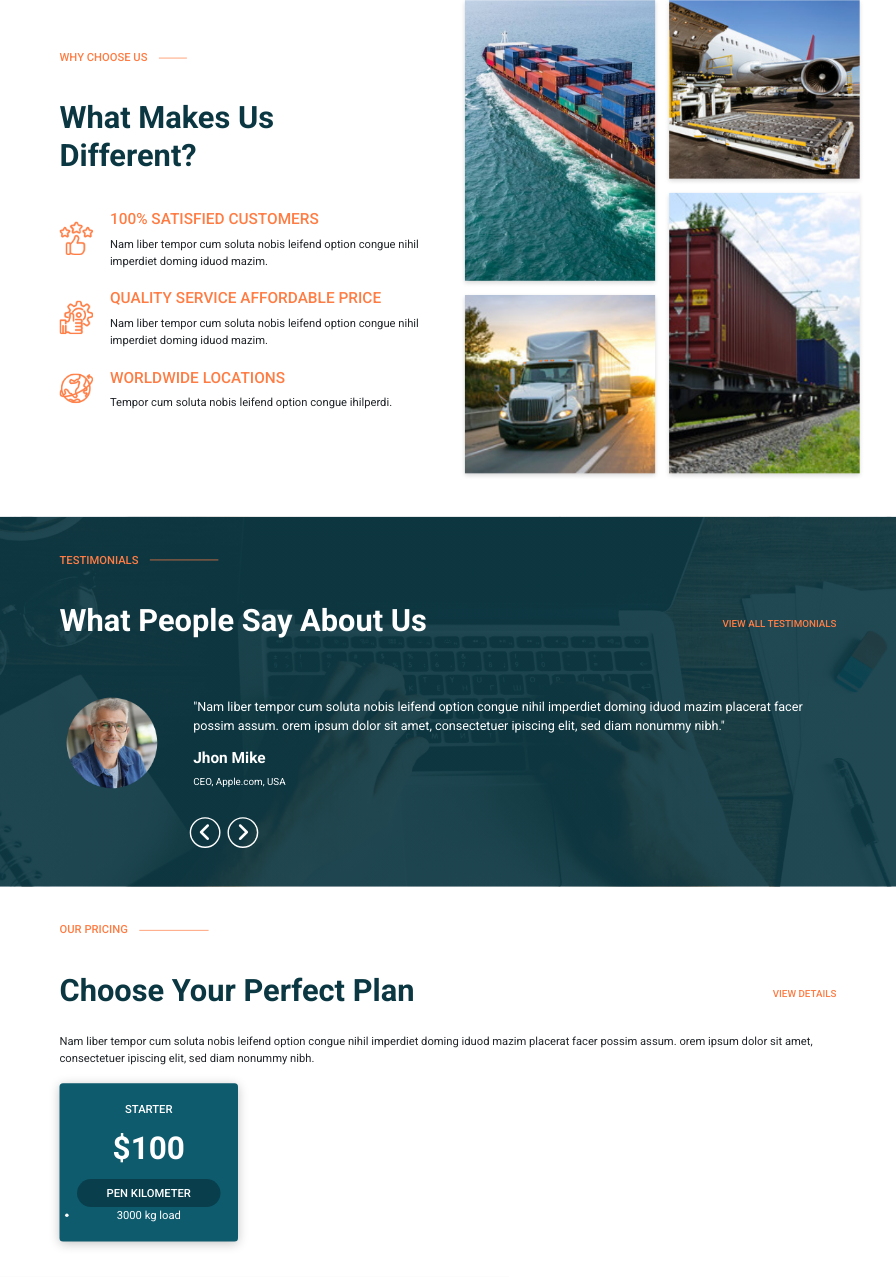
Repository: nazmulalok/shipping-theme
Page: index.html
An editor plug-in stored every save of this project. The page is shown before and after the next save, followed by the edit.
The browser window is 1280 px wide. The pictures show the part of the page from y = 2468 to 4388 px (the page is 4292 px tall before and 4388 px after), at 70% of full size.
Some web libraries are served in a nearby version.

Above is the page before, as saved 2022-10-09 15:36:41.

### index.html
<!DOCTYPE html>
<html lang="en">

    <head>
        <meta charset="UTF-8">
        <meta http-equiv="X-UA-Compatible" content="IE=edge">
        <meta name="viewport" content="width=device-width, initial-scale=1.0">
        <link rel="preconnect" href="https://fonts.googleapis.com">
        <link rel="preconnect" href="https://fonts.gstatic.com" crossorigin>
        <link
            href="https://fonts.googleapis.com/css2?family=Roboto:ital,wght@0,300;0,400;0,500;0,700;0,900;1,300;1,400;1,500;1,700;1,900&display=swap"
            rel="stylesheet">
        <link rel="stylesheet"
            href="https://cdnjs.cloudflare.com/ajax/libs/OwlCarousel2/2.3.4/assets/owl.carousel.min.css"
            integrity="sha512-tS3S5qG0BlhnQROyJXvNjeEM4UpMXHrQfTGmbQ1gKmelCxlSEBUaxhRBj/EFTzpbP4RVSrpEikbmdJobCvhE3g=="
            crossorigin="anonymous" referrerpolicy="no-referrer" />
        <link rel="stylesheet"
            href="https://cdnjs.cloudflare.com/ajax/libs/OwlCarousel2/2.3.4/assets/owl.theme.default.min.css"
            integrity="sha512-sMXtMNL1zRzolHYKEujM2AqCLUR9F2C4/05cdbxjjLSRvMQIciEPCQZo++nk7go3BtSuK9kfa/s+a4f4i5pLkw=="
            crossorigin="anonymous" referrerpolicy="no-referrer" />
        <link rel="stylesheet" href="https://cdnjs.cloudflare.com/ajax/libs/font-awesome/6.2.0/css/all.min.css"
            integrity="sha512-xh6O/CkQoPOWDdYTDqeRdPCVd1SpvCA9XXcUnZS2FmJNp1coAFzvtCN9BmamE+4aHK8yyUHUSCcJHgXloTyT2A=="
            crossorigin="anonymous" referrerpolicy="no-referrer" />
        <link rel="stylesheet" href="https://cdn.jsdelivr.net/npm/bootstrap@4.0.0/dist/css/bootstrap.min.css"
            integrity="sha384-Gn5384xqQ1aoWXA+058RXPxPg6fy4IWvTNh0E263XmFcJlSAwiGgFAW/dAiS6JXm" crossorigin="anonymous">
        <link rel="stylesheet" href="style.css">
        <title>Document</title>
    </head>

    <body>
        <header class="header-top">
            <div class="container">
                <div class="top-bar">
                    <p class="m-0">Dolor sit amet, consetetur sadipscing elitr sed diam</p>
                    <div>
                        <span class="mr-4">Shipment Tracker</span>
                        <span>Login</span>
                    </div>
                </div>
                <div class="header-area">
                    <div class="logo">
                        <img src="images/shipping-logo.svg" alt="Shipping Logo">
                    </div>
                    <nav>
                        <ul>
                            <li><a href="#">Home</a></li>
                            <li><a href="#">About Us</a></li>
                            <li><a href="#">Service</a></li>
                            <li><a href="#">Project</a></li>
                            <li><a href="#">Blog</a></li>
                            <li><a href="#">News & Events</a></li>
                            <li><a href="#">Contact Us</a></li>
                        </ul>
                    </nav>
                    <div class="nav-btn">
                        <a class="common-btn mr-3" href="#">Get A Quote</a>
                        <i class="fa-solid fa-ellipsis-vertical"></i>
                    </div>
                </div>
            </div>
        </header>
        <!-- Slider -->
        <section>
            <div class="main-slider">
                <div class="container">
                    <div class="slide-content">
                        <div class="slide-text">
                            <div class="slider-title mb-4">Lorem ips<br>
                                dolor sit ametcon<br>
                                sadips cing</div>
                            <p>Nam liber tempor cum soluta nobis eleifend option</p>
                            <div class="sliderBtn mt-5"><a class="common-btn mr-4" href="#">Get Started Now</a><a
                                    class="common-btn outline-btn" href="#">Learn More</a></div>
                        </div>
                    </div>
                </div>
            </div>
        </section>
        <!-- Slider Ends -->
        <div class="common-sec">
            <div class="container">
                <div class="row align-items-center mb-5">
                    <div class="col-lg-6">
                        <h1 class="border-heading">Duis Autem Vel Eumri
                            Ure Dolor In Hend</h1>
                    </div>
                    <div class="col-lg-6">
                        <p class="ms-4">Nam liber tempor cum soluta nobis eleifend option congue nihil imperdiet doming
                            id quod mazim
                            placerat facer possim assum. Lorem ipsum dolor sit amet, consectetuer adipiscing.</p>
                    </div>
                </div>
                <div class="row mt-5">
                    <div class="col-lg-6">
                        <div class="video-box img-box img-shadow">
                            <img src="images/ship-products.jpg" alt="Ship Products" />
                            <a data-fancybox="" href="" class="video-btn">
                                <i class="fa fa-play"></i>
                            </a>
                        </div>
                        <div class="exp-section">
                            <div class="exp-title ml-4">
                                25
                            </div>
                            <div class="exp-paragraph">
                                Years <br>Experience <br>In It
                            </div>
                            <img src="images/exp-bg.png" alt="Experience">
                        </div>
                    </div>
                    <div class="col-lg-6">
                        <span class="sp-title">About Us</span>
                        <h2 class="mb-5">Lorem Ipsum Dolo
                            Sit Amet Conse</h2>
                        <p class="mb-5">Lorem ipsum dolor sit amet, consetetur sadipscing elitr, sed diam nonumy eirmod
                            tempor
                            invidunt.</p>
                        <div class="boxes">
                            <div class="common-box">
                                <div class="content">
                                    <i class="fa-solid fa-bullseye mb-4"></i>
                                    <div class="box-title mb-4">
                                        Our Mission
                                    </div>
                                    <p class="mb-4">Lorem, ipsum dolor sit amet consectetur adipisicing elit. Beatae,
                                        fuga. Commodi
                                        rerum
                                        officia voluptates.</p>
                                    <a href="#" class="more-btn">More</a>
                                </div>
                            </div>
                            <div class="common-box">
                                <div class="content">
                                    <i class="fa-regular fa-eye mb-4"></i>
                                    <div class="box-title mb-4">
                                        Our Vision
                                    </div>
                                    <p class="mb-4">Lorem, ipsum dolor sit amet consectetur adipisicing elit. Beatae,
                                        fuga. Commodi
                                        rerum
                                        officia voluptates.</p>
                                    <a href="#" class="more-btn">More</a>
                                </div>
                            </div>
                        </div>
                    </div>
                </div>
            </div>
        </div>
        <div class="common-sec service-sec">
            <div class="container">
                <div class="row align-items-center">
                    <div class="col-lg-4">
                        <span class="sp-title">Services</span>
                        <h2 class="mb-5">Our Services</h2>
                        <p class="mb-5">Nam liber tempor cum soluta nobis leifend option congue nihil imperdiet doming
                            iduod mazim placerat facer possim assum. orem ipsum dolor sit amet, consectetuer ipiscing
                            elit, sed diam nonummy nibh.</p>
                        <a href="#" class="common-btn">More Services</a>
                    </div>
                    <div class="col-lg-8">
                        <div class="row">
                            <div class="col-lg-6 p-0">
                                <div class="common-box">
                                    <div class="content">
                                        <i class="fa-solid fa-truck-moving mb-4"></i>
                                        <div class="box-title mb-4">
                                            Truck Shipping
                                        </div>
                                        <p class="mb-4">Lorem ipsum dolor sit amet, consetetur sadipscing elitr, sed
                                            diam nonumy eirmod tempor invidunt.</p>
                                        <a href="#" class="more-btn">More</a>
                                    </div>
                                </div>
                            </div>
                            <div class="col-lg-6 p-0">
                                <div class="common-box">
                                    <div class="content">
                                        <i class="fa-solid fa-plane mb-4"></i>
                                        <div class="box-title mb-4">
                                            Air Shipping
                                        </div>
                                        <p class="mb-4">Lorem ipsum dolor sit amet, consetetur sadipscing elitr, sed
                                            diam nonumy eirmod tempor invidunt.</p>
                                        <a href="#" class="more-btn">More</a>
                                    </div>
                                </div>
                            </div>
                            <div class="col-lg-6 p-0">
                                <div class="common-box">
                                    <div class="content">
                                        <i class="fa-solid fa-train-subway mb-4"></i>
                                        <div class="box-title mb-4">
                                            Railway Shipping
                                        </div>
                                        <p class="mb-4">Lorem, ipsum dolor sit amet consectetur adipisicing elit.
                                            Beatae,
                                            fuga. Commodi
                                            rerum
                                            officia voluptates.</p>
                                        <a href="#" class="more-btn">More</a>
                                    </div>
                                </div>
                            </div>
                            <div class="col-lg-6 p-0">
                                <div class="common-box">
                                    <div class="content">
                                        <i class="fa-solid fa-ship mb-4"></i>
                                        <div class="box-title mb-4">
                                            Ocean Shipping
                                        </div>
                                        <p class="mb-4">Lorem, ipsum dolor sit amet consectetur adipisicing elit.
                                            Beatae,
                                            fuga. Commodi
                                            rerum
                                            officia voluptates.</p>
                                        <a href="#" class="more-btn">More</a>
                                    </div>
                                </div>
                            </div>
                        </div>
                    </div>
                </div>
            </div>
        </div>
        <div class="common-sec why-choose-sec">
            <div class="container">
                <div class="row align-items-center">
                    <div class="col-lg-6">
                        <span class="sp-title">Why Choose Us</span>
                        <h3 class="mb-5">What Makes Us <br>
                            Different?</h3>
                        <div class="why-choose-box">
                            <div class="common-box d-flex align-items-center mb-4">
                                <div class="img-box mr-4">
                                    <img src="images/satisfied-customers.png" alt="Satisfied Customers">
                                </div>
                                <div>
                                    <div class="box-title mb-2">
                                        100% Satisfied Customers
                                    </div>
                                    <p>Nam liber tempor cum soluta nobis leifend option congue nihil imperdiet
                                        doming iduod mazim.</p>
                                </div>
                            </div>
                            <div class="common-box d-flex align-items-center mb-4">
                                <div class="img-box mr-4">
                                    <img src="images/quality-services.png" alt="Quality Services">
                                </div>
                                <div>
                                    <div class="box-title mb-2">
                                        Quality Service Affordable Price
                                    </div>
                                    <p>Nam liber tempor cum soluta nobis leifend option congue nihil imperdiet
                                        doming iduod mazim.</p>
                                </div>
                            </div>
                            <div class="common-box d-flex align-items-center mb-4">
                                <div class="img-box mr-4">
                                    <img src="images/worldwide-locations.png" alt="Worldwide Locations">
                                </div>
                                <div>
                                    <div class="box-title mb-2">
                                        Worldwide Locations
                                    </div>
                                    <p>Tempor cum soluta nobis leifend option congue ihilperdi.</p>
                                </div>
                            </div>
                        </div>
                    </div>
                    <div class="col-lg-6">
                        <div class="img-box">
                            <img src="images/why-choose-shipping.png" alt="Why Choose Shipping">
                        </div>
                    </div>
                </div>
            </div>
        </div>
        <div class="py-50 testimonial-sec">
            <div class="container">
                <span class="sp-title">Testimonials</span>
                <div class="flex-heading d-flex justify-content-between">
                    <h3>What People Say About Us</h3>
                    <span class="sp-title no-border">View All Testimonials</span>
                </div>
                <div class="testimonial-slider owl-carousel owl-theme mt-5">
                    <div class="item">
                        <div class="common-box d-flex align-items-center">
                            <div class="img-box mr-3">
                                <img src="images/testimonial-user.png" alt="User">
                            </div>
                            <div class="content">
                                <p>"Nam liber tempor cum soluta nobis leifend option congue nihil imperdiet doming iduod
                                    mazim placerat facer possim assum. orem ipsum dolor sit amet, consectetuer ipiscing
                                    elit, sed diam nonummy nibh."</p>
                                <div class="user-details">
                                    <p class="mb-2">Jhon Mike</p>
                                    <p>CEO, Apple.com, USA</p>
                                </div>
                            </div>
                        </div>
                    </div>
                    <div class="item">
                        <div class="common-box d-flex align-items-center">
                            <div class="img-box mr-3">
                                <img src="images/testimonial-user.png" alt="User">
                            </div>
                            <div class="content">
                                <p>"Nam liber tempor cum soluta nobis leifend option congue nihil imperdiet doming iduod
                                    mazim placerat facer possim assum. orem ipsum dolor sit amet, consectetuer ipiscing
                                    elit, sed diam nonummy nibh."</p>
                                <div class="user-details">
                                    <p class="mb-2">Jhon Mike</p>
                                    <p>CEO, Apple.com, USA</p>
                                </div>
                            </div>
                        </div>
                    </div>
                    <div class="item">
                        <div class="common-box d-flex align-items-center">
                            <div class="img-box mr-3">
                                <img src="images/testimonial-user.png" alt="User">
                            </div>
                            <div class="content">
                                <p>"Nam liber tempor cum soluta nobis leifend option congue nihil imperdiet doming iduod
                                    mazim placerat facer possim assum. orem ipsum dolor sit amet, consectetuer ipiscing
                                    elit, sed diam nonummy nibh."</p>
                                <div class="user-details">
                                    <p class="mb-2">Jhon Mike</p>
                                    <p>CEO, Apple.com, USA</p>
                                </div>
                            </div>
                        </div>
                    </div>
                </div>
            </div>
        </div>
        <div class="common-sec pricing-sec">
            <div class="container">
                <span class="sp-title">Our Pricing</span>
                <div class="flex-heading d-flex justify-content-between mb-4">
                    <h3>Choose Your Perfect Plan</h3>
                    <span class="sp-title no-border">View Details</span>
                </div>
                <p class="mb-4">Nam liber tempor cum soluta nobis leifend option congue nihil imperdiet doming iduod
                    mazim placerat
                    facer possim assum. orem ipsum dolor sit amet, consectetuer ipiscing elit, sed diam nonummy nibh.
                </p>
                <div class="row">
                    <div class="col-lg-3">
                        <div class="common-box bg-blue">
                            <div class="content">
                                <div class="pricing-title">
                                    <span>Starter</span>
                                    <span>$100</span>
                                    <span>Pen Kilometer</span>
                                </div>
                                <ul class="pricing-features">
                                    <li>3000 kg load</li>
                                </ul>
                            </div>
                        </div>
                    </div>
                    <div class="col-lg-3">

                    </div>
                    <div class="col-lg-3">

                    </div>
                    <div class="col-lg-3">

                    </div>
                </div>
            </div>
        </div>














        <script src="https://code.jquery.com/jquery-3.2.1.slim.min.js"
            integrity="sha384-KJ3o2DKtIkvYIK3UENzmM7KCkRr/rE9/Qpg6aAZGJwFDMVNA/GpGFF93hXpG5KkN"
            crossorigin="anonymous"></script>
        <script src="https://cdn.jsdelivr.net/npm/popper.js@1.12.9/dist/umd/popper.min.js"
            integrity="sha384-ApNbgh9B+Y1QKtv3Rn7W3mgPxhU9K/ScQsAP7hUibX39j7fakFPskvXusvfa0b4Q"
            crossorigin="anonymous"></script>
        <script src="https://cdn.jsdelivr.net/npm/bootstrap@4.0.0/dist/js/bootstrap.min.js"
            integrity="sha384-JZR6Spejh4U02d8jOt6vLEHfe/JQGiRRSQQxSfFWpi1MquVdAyjUar5+76PVCmYl"
            crossorigin="anonymous"></script>
        <script src="https://cdnjs.cloudflare.com/ajax/libs/jquery/3.6.1/jquery.min.js"
            integrity="sha512-aVKKRRi/Q/YV+4mjoKBsE4x3H+BkegoM/em46NNlCqNTmUYADjBbeNefNxYV7giUp0VxICtqdrbqU7iVaeZNXA=="
            crossorigin="anonymous" referrerpolicy="no-referrer"></script>
        <script src="https://cdnjs.cloudflare.com/ajax/libs/OwlCarousel2/2.3.4/owl.carousel.min.js"
            integrity="sha512-bPs7Ae6pVvhOSiIcyUClR7/q2OAsRiovw4vAkX+zJbw3ShAeeqezq50RIIcIURq7Oa20rW2n2q+fyXBNcU9lrw=="
            crossorigin="anonymous" referrerpolicy="no-referrer"></script>
        <script src="script.js"></script>
    </body>

</html>

Loaded but not shown: script.js (21 lines, source omitted); style.css (619 lines, source omitted)

After the next save:
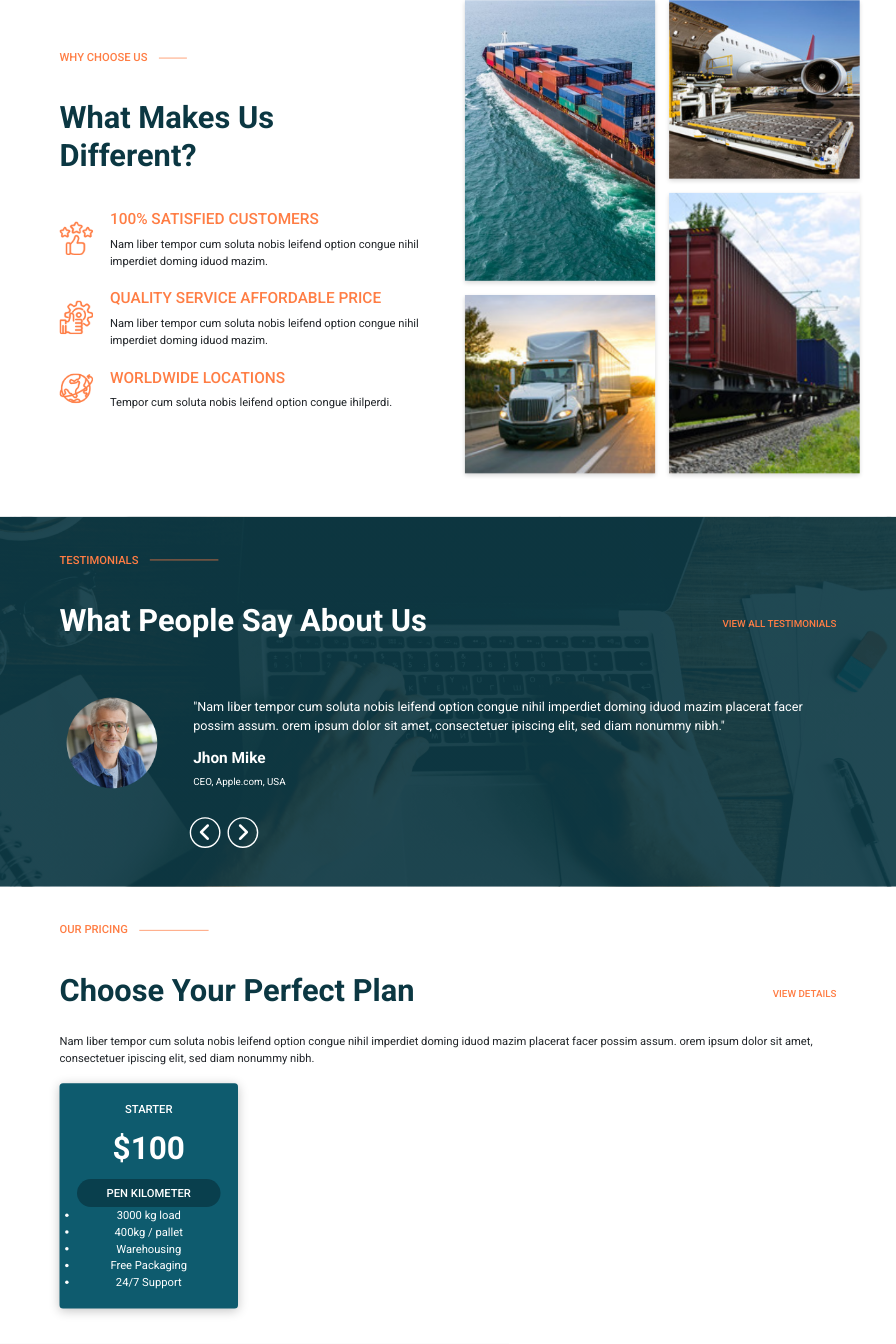
Saved 41 s later.
--- a/index.html
+++ b/index.html
@@ -357,6 +357,10 @@
                                 </div>
                                 <ul class="pricing-features">
                                     <li>3000 kg load</li>
+                                    <li>400kg / pallet</li>
+                                    <li>Warehousing</li>
+                                    <li>Free Packaging</li>
+                                    <li>24/7 Support</li>
                                 </ul>
                             </div>
                         </div>
